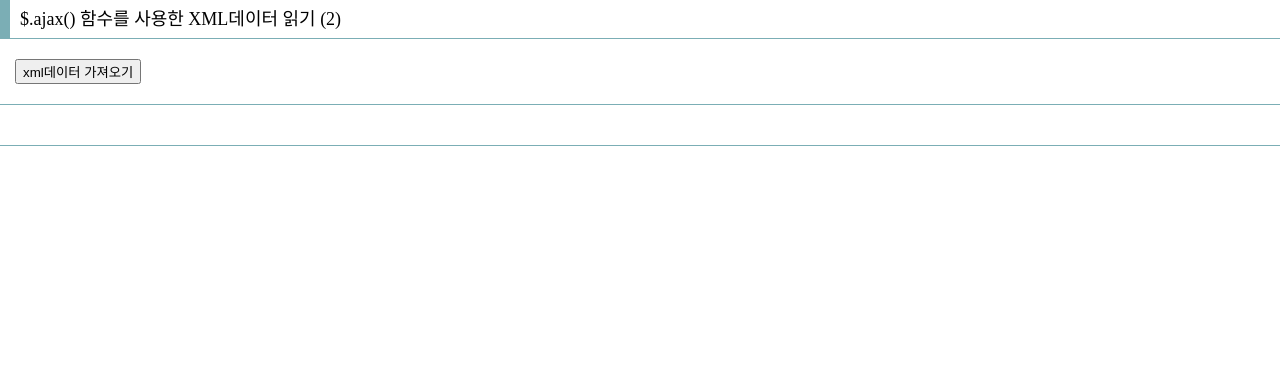
Repository: jigudeong-i/backenddeveloper
Page: firstExample/src/main/webapp/ajaxExample/03_xml.html
These files come from the project's save history. The page is drawn as it stood at one moment and after the next save; the edit follows.
The browser window is 1280 px wide. The pictures show the whole page.
After loading, the first visible `#mybtn` was clicked once.

Above is the page before, as saved 2025-07-21 00:52:00.
Console error: ReferenceError: $ajax is not defined

### firstExample/src/main/webapp/ajaxExample/03_xml.html
<!DOCTYPE html>
<html lang="ko">
	<head>
		<meta charset="UTF-8">
		<meta name="viewport" content="width=device-width, initial-scale=1">
		<title>xml(2) - 03_xml.html</title>
		<link href="../image/icon.png" rel="icon" type="image/x-con" />

		<link rel="stylesheet" href="../css/reset.css"/>
		<link rel="stylesheet" href="../css/common.css"/>
	</head>
	<body>
		<h1 class="title">$.ajax() 함수를 사용한 XML데이터 읽기 (2)</h1>
		<div class="exec">
			<input type="button" value="xml데이터 가져오기" id="mybtn" />
		</div>
		<div class="console" id="result"></div>

		<script src="../js/jquery-3.7.1.min.js"></script>
		<script>
			$("#mybtn").on("click", function(){
				$ajax({
					url: '/firstExample/ajax/xml/03.xml',
					method: 'get',
					dataType: 'xml'
				}).done(function (data){
					$("#result").html("");
					// 반복되는 태그 단위를 찾아서 each() 함수 사용
					$(data).find("subject").each(function(){
						// 각 개별 요소에 속해 있는 텍스트 데이터 추출
						let title = $(this).find("title").text();
						let time = $(this).find("time").text();
						let teacher = $(this).find("teacher").text();

						// 출력을 위한 동적 요소의 생성
						let div = $("<div>");
						let p1 = $("<p>").html(title);
						let p2 = $("<p>").html(time);
						let p3 = $("<p>").html(teacher);

						// 조립과 출력
						div.append(p1).append(p2).append(p3);
						// 반드시 body 태그 하위에 정적 요소에 추가 작업 설정.
						$("#reault").append(div);
						$("#result").append("<hr />");
					});
				}).failt(function(xhr, textStatus){
					// 통신이 실패했을 때 실행되는 함수.
					$("#result").html(textStatus + " (HTTP-" + xhr.status + ")");
				});
			});
		</script>
	</body>
</html>

### firstExample/src/main/webapp/css/common.css
html, body {
	width: 100%;
	height: 100%;
}
/* 페이지 제목을 표현.*/
h1.title {
	font-size: large;
	border-left: 10px solid #7BAEB5;
	border-bottom: 1px solid #7BAEB5;
	padding: 10px;
	width: auto;
	background-color: #fff;
}
/* 예제 실행을 위한 버튼이나 링크 배치하는 영역 표현.*/
div.exec, div.console {
	padding: 20px 15px;
	border-bottom: 1px solid #7BAEB5;
}
/* 결과 출력을 위한 영역 표현.*/
div.console {
	font-family: 'Courier New';
	font-size: 12px;
	font-style: italic;
	line-height: 130%;
}
/* 예제 화면을 구성하기 위한 영역 표현.*/
div.example {
	padding: 10px 30px;
}

Loaded but not shown: firstExample/src/main/webapp/css/reset.css (common file); firstExample/src/main/webapp/js/jquery-3.7.1.min.js (library)

After the next save:
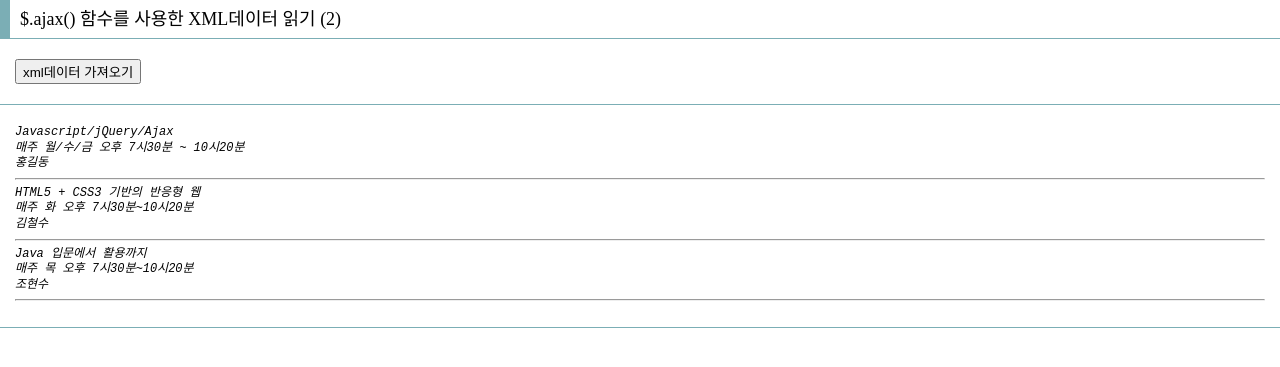
The error is gone.
Saved 39 s later.
--- a/firstExample/src/main/webapp/ajaxExample/03_xml.html
+++ b/firstExample/src/main/webapp/ajaxExample/03_xml.html
@@ -1,10 +1,10 @@
 <!DOCTYPE html>
 <html lang="ko">
 	<head>
-		<meta charset="UTF-8">
-		<meta name="viewport" content="width=device-width, initial-scale=1">
+		<meta charset="utf-8" />
+		<meta name="viewport" content="width=device-width, initial-scale=1.0">
 		<title>xml(2) - 03_xml.html</title>
-		<link href="../image/icon.png" rel="icon" type="image/x-con" />
+		<link href="../image/icon.png" rel="icon" type="image/x-icon" />
 
 		<link rel="stylesheet" href="../css/reset.css"/>
 		<link rel="stylesheet" href="../css/common.css"/>
@@ -18,15 +18,15 @@
 
 		<script src="../js/jquery-3.7.1.min.js"></script>
 		<script>
-			$("#mybtn").on("click", function(){
-				$ajax({
+			$("#mybtn").on("click", function() {
+				$.ajax({
 					url: '/firstExample/ajax/xml/03.xml',
 					method: 'get',
 					dataType: 'xml'
-				}).done(function (data){
+				}).done(function (data) {
 					$("#result").html("");
 					// 반복되는 태그 단위를 찾아서 each() 함수 사용
-					$(data).find("subject").each(function(){
+					$(data).find("subject").each(function() {
 						// 각 개별 요소에 속해 있는 텍스트 데이터 추출
 						let title = $(this).find("title").text();
 						let time = $(this).find("time").text();
@@ -41,14 +41,15 @@
 						// 조립과 출력
 						div.append(p1).append(p2).append(p3);
 						// 반드시 body 태그 하위에 정적 요소에 추가 작업 설정.
-						$("#reault").append(div);
+						$("#result").append(div);
 						$("#result").append("<hr />");
 					});
-				}).failt(function(xhr, textStatus){
-					// 통신이 실패했을 때 실행되는 함수.
+				}).fail(function(xhr, textStatus) {
+					 //통신이 실패했을 때 실행되는 함수.
 					$("#result").html(textStatus + " (HTTP-" + xhr.status + ")");
 				});
 			});
 		</script>
+
 	</body>
 </html>
